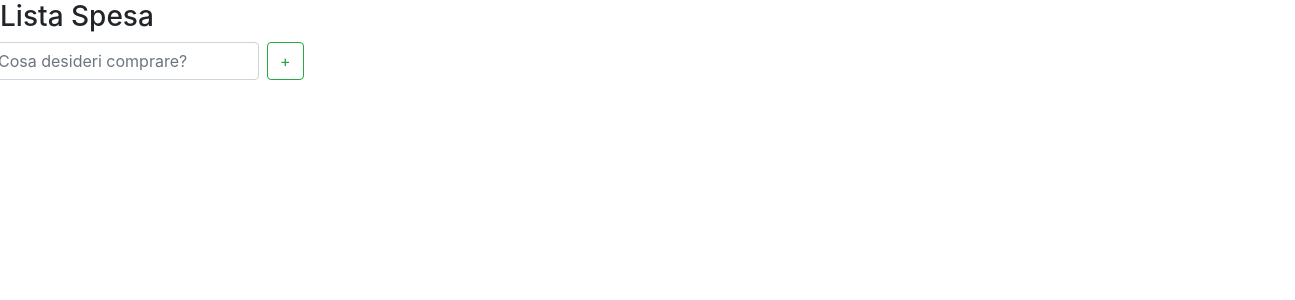
Repository: andreadipilato/TodoList
Page: /
An editor plug-in stored every save of this project. The page is shown before and after the next save, followed by the edit.
The browser window is 1280 px wide. The page is 1295 px wide, then 1280 px, so the pictures cover 1295 px, including what lies to the right of the window. The pictures show the whole page.
The project was rebuilt for these pictures with package versions that can differ from the ones it lists, and the page was loaded fresh each time. Also part of the build but not shown: src/App.css.

Above is the page before, as saved 2020-12-04 16:16:57.

After the next save:
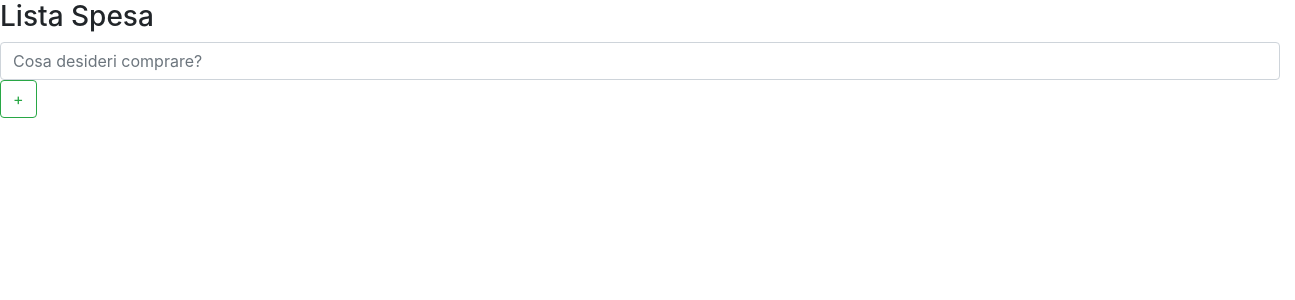
Saved 47 s later.
--- a/src/Cerca.js
+++ b/src/Cerca.js
@@ -12,8 +12,7 @@
 
     render() {
         return (
-            <div className = "row">
-                <form className = "form-inline" onSubmit = {this.addElement}>
+                <form className = "searchbar" onSubmit = {this.addElement}>
                     <input
                         className = "form-control mr-sm-2"
                         type = "text"
@@ -29,7 +28,6 @@
                     >+
                     </button>
                 </form>
-            </div>
         )
     }
 }
